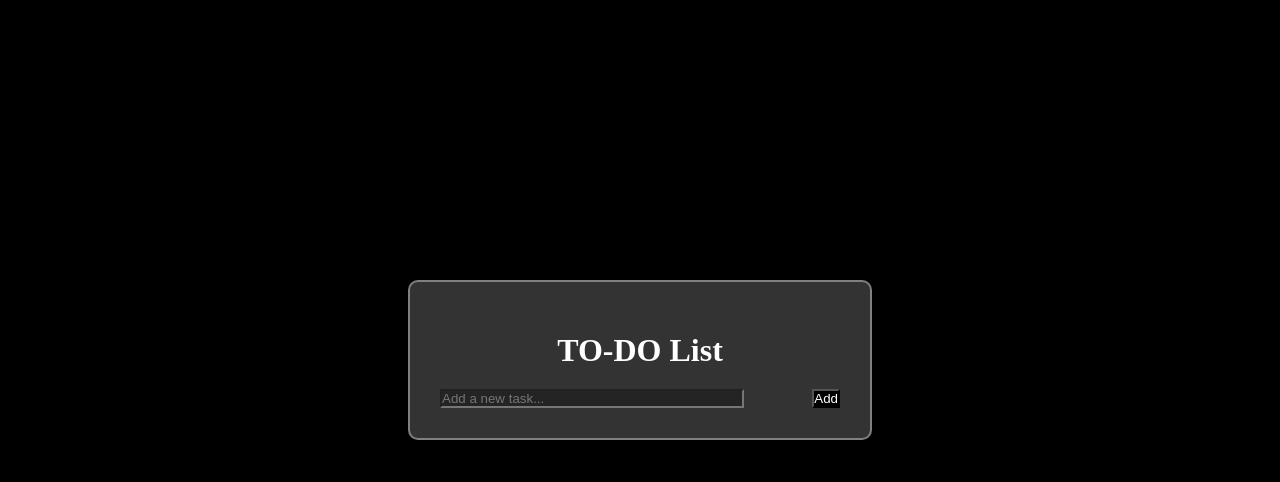
Repository: ksusmitha879-cyber/todo-list
Page: index.html
The author's editor kept a copy of each file at every save. The page is drawn from the files as they stood at one save, then again after the next save.
The browser window is 1280 px wide. The pictures show the whole page.

Above is the page before, as saved 2025-11-28 02:30:36.

### index.html
<!DOCTYPE html>
<html lang="en">
<head>
    <meta charset="UTF-8">
    <meta name="viewport" content="width=device-width, initial-scale=1.0">
    <title>TO-DO List</title>
    <link rel="stylesheet" href="style.css">
</head>
<body>
    <div class="container">
        <h1>TO-DO List</h1>
        <div class="input-container">
            <input type="text" id="todo-input" placeholder="Add a new task..."/>
            <button>Add</button>
        </div>
    </div>
</body>
</html>

### style.css
*{
    margin: 0;
    padding: 0;
    background-color: black;
    color: white;
}

html, body{
    height: 100%;
    display: grid;
    place-items: center;
}
.container{
    padding: 30px;
    background-color: rgb(51, 51, 51);
    width: 400px;
    height: auto;
    border: 2px solid grey;
    border-radius: 10px;
}
h1{
    display: flex;
    align-items: center;
    justify-content: center;
    background-color: rgb(51, 51, 51);
    margin: 20px;
}
.input-container{
    background-color: rgb(51, 51, 51);
    width: 100%;
    display: flex;
    justify-content: space-between;
}
input{
    background-color: #252424;
    color: white;
    width: 75%;
    height: ;
}

After the next save:
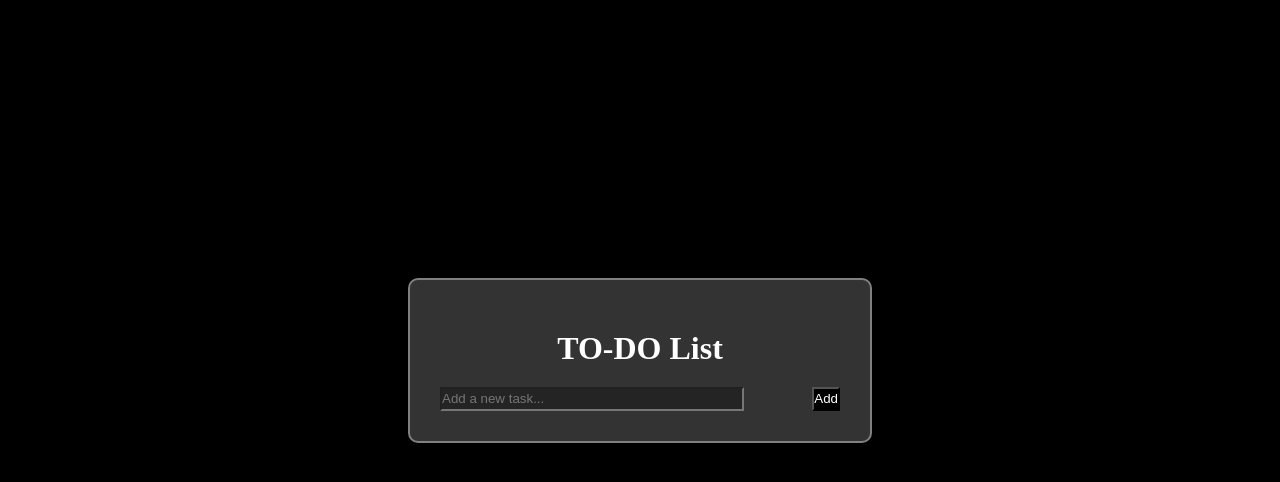
Saved 4 s later.
--- a/style.css
+++ b/style.css
@@ -35,5 +35,5 @@
     background-color: #252424;
     color: white;
     width: 75%;
-    height: ;
+    height: 20px;
 }

After the save that followed:
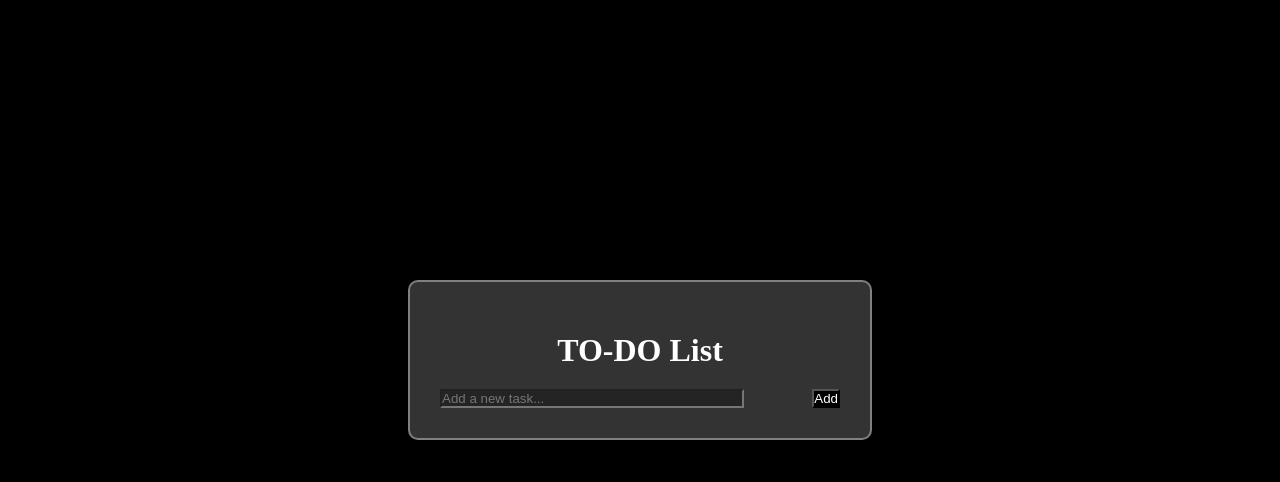
Saved 7 s later.
--- a/style.css
+++ b/style.css
@@ -35,5 +35,5 @@
     background-color: #252424;
     color: white;
     width: 75%;
-    height: 20px;
+    height: 3%;
 }
